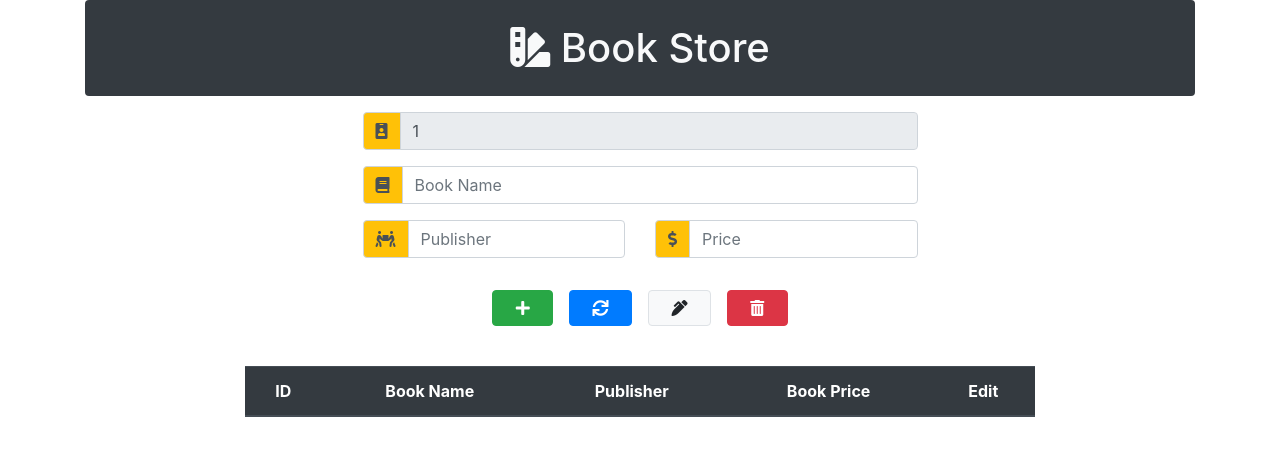
Repository: abhishekhy10/phpcrud
Page: http://localhost/crud/index.php
The author's editor kept a copy of each file at every save. The page is drawn from the files as they stood at one save, then again after the next save.
The browser window is 1280 px wide. The pictures show the whole page.
Some web libraries are served in a nearby version. The page is run by PHP 8.4 with error messages shown; the project is at /var/www/html/. Queries for data that is not in the repository find no rows.

Above is the page before, as saved 2021-10-13 17:44:26.

After the next save:
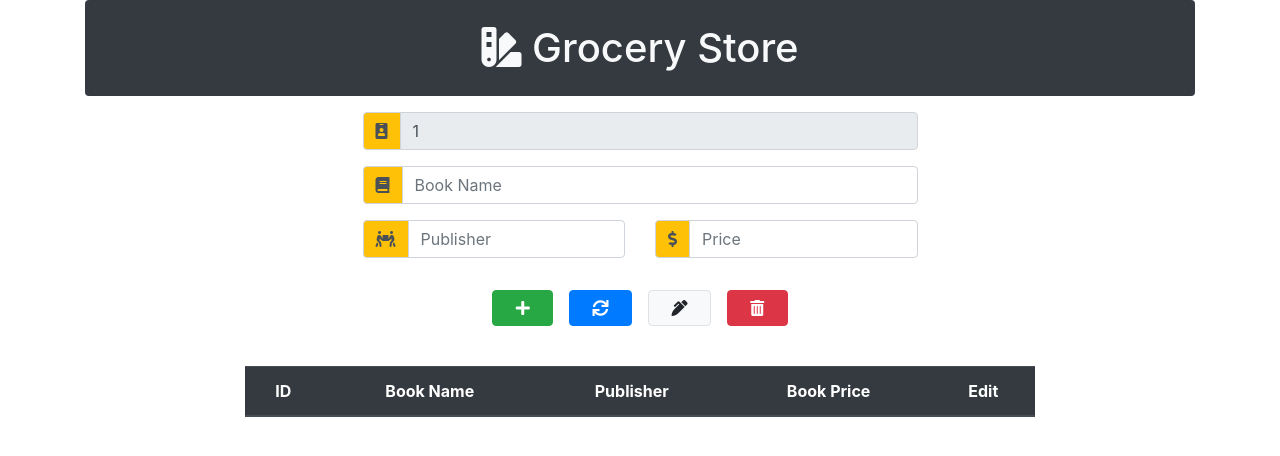
Saved 3 min 38 s later.
--- a/crud/index.php
+++ b/crud/index.php
@@ -24,7 +24,7 @@ require_once ("../crud/php/operation.php");
 
 <main>
     <div class="container text-center">
-        <h1 class="py-4 bg-dark text-light rounded"><i class="fas fa-swatchbook"></i> Book Store</h1>
+        <h1 class="py-4 bg-dark text-light rounded"><i class="fas fa-swatchbook"></i> Grocery Store</h1>
 
         <div class="d-flex justify-content-center">
             <form action="" method="post" class="w-50">
